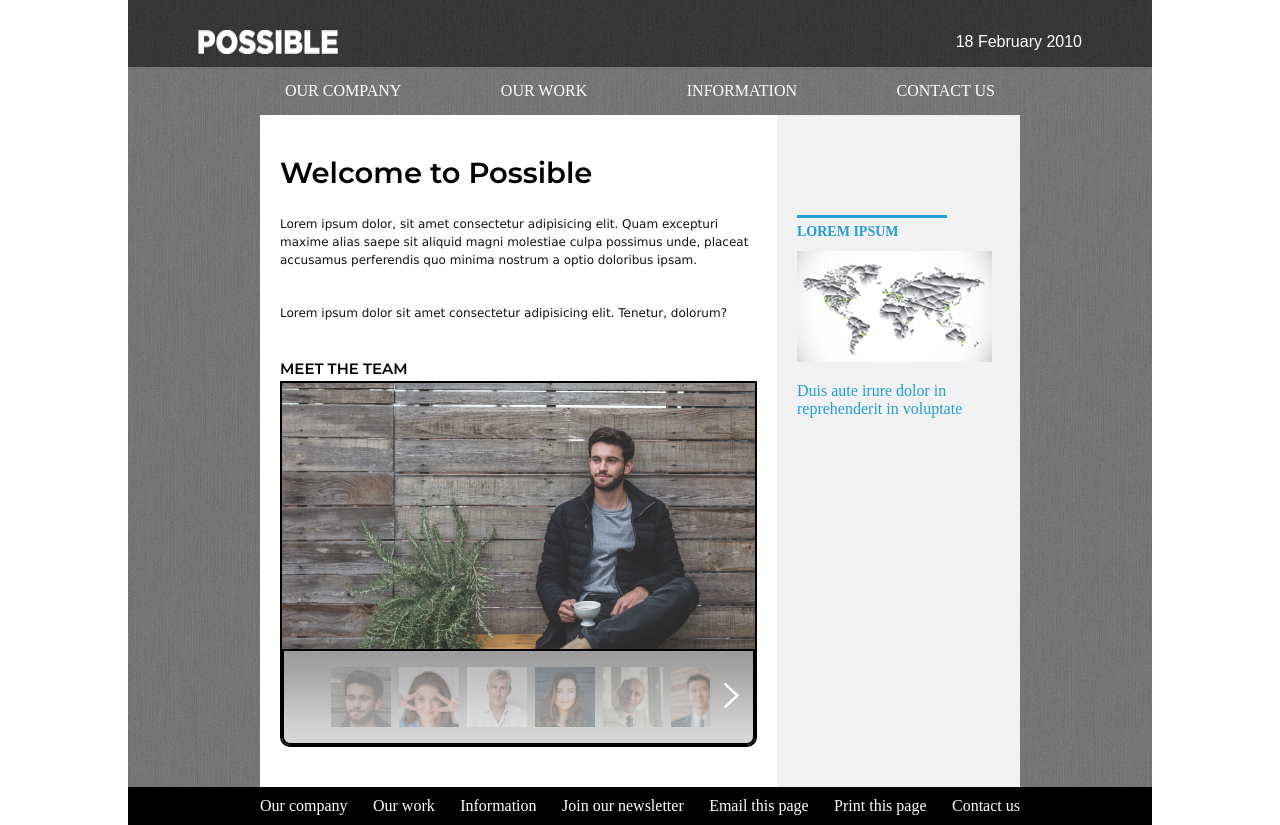
Repository: grzegorzgebala/possible-site
Page: index.html
An editor plug-in stored every save of this project. The page is shown before and after the next save, followed by the edit.
The browser window is 1280 px wide. The pictures show the whole page.
The style sheet was rebuilt from its Sass, Less or Tailwind sources for each picture, by a compiler version that may differ from the author's.

Above is the page before, as saved 2020-02-18 19:49:07.

### index.html
<!DOCTYPE html>
<html>
	<head>
        <meta charset="utf-8">
        <link href="https://fonts.googleapis.com/css?family=Montserrat:600&display=swap" rel="stylesheet">
		<link rel="stylesheet" type="text/css" href="css/style.css">
		<title>Possible page</title>
	</head>
	<body>
        <div class="container">
            <header>
                <img src="images/logo.png" alt="possible logo">
                <div class="date">18 February 2010</div>
            </header>
            <nav class="menu">
                <ul>
                    <li>our company</li>
                    <li>our work</li>
                    <li>information</li>
                    <li>contact us</li>
                </ul>
            </nav>
            <div class="mainSite">
                <div class="leftSide">
                    <div class="welcome">Welcome to Possible</div>
                    <article>Lorem ipsum dolor, sit amet consectetur adipisicing elit. Quam excepturi maxime alias saepe sit aliquid magni molestiae culpa possimus unde, placeat accusamus perferendis quo minima nostrum a optio doloribus ipsam.</article>
                    <article>Lorem ipsum dolor sit amet consectetur adipisicing elit. Tenetur, dolorum?</article>
                    <div class="meetTitle">Meet the team</div>
                    <div class="carousel">
                        <img class="big" src="/images/employees/picture1.png" alt="possible logo">
                        <div class="descriptor">
                            <div id="name" class="personalData topData">Justin Cooke</div>
                            <div id="position" class="personalData">CEO, POSSIBLE UK, LONDON</div>
                        </div>
                        <div class="miniatures">
                            <button class="leftArrow arrow isHidden">
                                <img src="/images/icons/leftArrow.png" alt="leftArrow">
                            </button>
                            <div class="miniaturesContainer">
                                <ul class="carouselTrack">
                                    <li class="carouselSlide currentSlide">
                                        <div class="pictureContainer">
                                            <img class="carouselImage" src="/images/employees/min1.png" alt="person1">
                                        </div>
                                    </li>
                                    <li class="carouselSlide">
                                        <div class="pictureContainer">
                                            <img class="carouselImage" src="/images/employees/min2.png" alt="person2">
                                        </div>
                                    </li>
                                    <li class="carouselSlide">
                                        <div class="pictureContainer">
                                            <img class="carouselImage" src="/images/employees/min3.png" alt="person3">
                                        </div>
                                    </li>
                                    <li class="carouselSlide">
                                        <div class="pictureContainer">
                                            <img class="carouselImage" src="/images/employees/min4.png" alt="person4">
                                        </div>
                                    </li>
                                    <li class="carouselSlide">
                                        <div class="pictureContainer">
                                            <img class="carouselImage" src="/images/employees/min5.png" alt="person5">
                                        </div>
                                    </li>
                                    <li class="carouselSlide">
                                        <div class="pictureContainer">
                                            <img class="carouselImage" src="/images/employees/min6.png" alt="person6">
                                        </div>
                                    </li>
                                    <li class="carouselSlide">
                                        <div class="pictureContainer">
                                            <img class="carouselImage" src="/images/employees/min7.png" alt="person7">
                                        </div>
                                    </li>
                                    <li class="carouselSlide">
                                        <div class="pictureContainer">
                                            <img class="carouselImage" src="/images/employees/min8.png" alt="person8">
                                        </div>
                                    </li>
                                    <li class="carouselSlide">
                                        <div class="pictureContainer">
                                            <img class="carouselImage" src="/images/employees/min9.png" alt="person9">
                                        </div>
                                    </li>
                                    <li class="carouselSlide">
                                        <div class="pictureContainer">
                                            <img class="carouselImage" src="/images/employees/min10.png" alt="person10">
                                        </div>
                                    </li>
                                </ul>
                            </div>
                            <button class="rightArrow arrow">
                                <img src="/images/icons/rightArrow.png" alt="rightArrow">
                            </button>
                        </div>
                    </div>
                </div>
                <div class="rightSide">
                    <div class="rightTitle">lorem ipsum</div>
                    <img src="/images/map.png" alt="map">
                    <p>Duis aute irure dolor  in reprehenderit in voluptate</p>
                </div>
            </div>
            <footer>
                <ul>
                    <li>our company</li>
                    <li>our work</li>
                    <li>information</li>
                    <li>join our newsletter</li>
                    <li>email this page</li>
                    <li>print this page</li>
                    <li>contact us</li>
                </ul>
            </footer>
        </div>
    </body>
    <script type="text/javascript" src="/js/script.js"></script>
</html>

### js/script.js
const track = document.querySelector(".carouselTrack");
const slides = Array.from(track.children);
const nextButton = document.querySelector('.rightArrow');
const prevButton = document.querySelector('.leftArrow');
const imagesNav = document.getElementsByClassName('pictureContainer');
const imagesItem = Array.from(imagesNav);

const slideWidth = slides[0].getBoundingClientRect().width;

const setSlidePosition = (slide, index) => {
    slide.style.left = slideWidth * index + 'px';
};

slides.forEach(setSlidePosition);

const moveToSlide = (track, currentSlide, targetSlide) => {
    track.style.transform = 'translateX(-' + targetSlide.style.left  + 2 + ')';
    currentSlide.classList.remove('currentSlide');
    targetSlide.classList.add('currentSlide');
}

const hideShowArrows = (slides, prevButton, nextButton, targetIndex) => {
    if (targetIndex === 0) {
        prevButton.classList.add("isHidden");
        nextButton.classList.remove("isHidden");
    } else if (targetIndex === slides.length - 1) {
        prevButton.classList.remove("isHidden");
        nextButton.classList.add("isHidden");
    } else {
        prevButton.classList.remove("isHidden");
        nextButton.classList.remove("isHidden");
    }
}

nextButton.addEventListener('click', e => {
    const currentSlide = track.querySelector(".currentSlide");
    const prevSlide = currentSlide.previousElementSibling;
    const prevIndex = slides.findIndex(slide => slide === prevSlide);

    moveToSlide(track, currentSlide, prevSlide);
    hideShowArrows(slides, prevButton, nextButton, prevIndex);
});

prevButton.addEventListener('click', e => {
    const currentSlide = track.querySelector(".currentSlide");
    const nextSlide = currentSlide.nextElementSibling;
    const nextIndex = slides.findIndex(slide => slide === nextSlide);

    moveToSlide(track, currentSlide, nextSlide);
    hideShowArrows(slides, prevButton, nextButton, nextIndex);
});

track.addEventListener('click', e => {
    const targetImage = e.target.closest('div')
    if (!targetImage) return;
    // const currentSlide = track.querySelector('.currentSlide');
    const big = document.querySelector('.big');
    const targetIndex = imagesItem.findIndex(image => image === targetImage);
    const targetSlide = slides[targetIndex];
    // const targetSlideActive = targetSlide.children[0];

    imagesItem.forEach((element, index) => {
        if (index === targetIndex) {
            element.classList.add('activeImg');
            element.classList.remove('pictureContainer');
            big.setAttribute('src', `/images/employees/picture${index+1}.png`);
        } else {
            element.classList.remove('activeImg');
            element.classList.add('pictureContainer');
        }
    });
    hideShowArrows(slides, prevButton, nextButton, targetIndex);

})

// when I click left, move slides to the left
// when I click right move slide to the right

### sass/style.scss
// variables
$menuElementsColor: #ffffff;
$contentElementsColor: #000000;
$footerBackgroundColor: #000000;
$menuHooverColor: #000000;
$activeMenuColor: #1d9ed9;
$sideMenuColor: #1d9ed9;
$fontMenu: "Proxima Nova";
$leftSideBackgroundColor: #ffffff;
$rightSideBackgroundColor: #f2f2f2;
$contentHeaderFont: "Montserrat", sans-serif;;
$contentDescriptionFont: "Verdana";
$contentColor: #121212;

// page style
body {
    width: 100%;
    margin: 0 auto;
}
.container {
    max-width: 1024px;
    margin: 0 auto;
    background-image: url("/images/mainBackground.png");
}

// header style
header {
    background-image: url("/images/backgroundHeader.png");
    display: flex;
    justify-content: space-between;
    padding: 30px 70px 13px 70px;

    .date {
        color: $menuElementsColor;
        // font-size: 12px;
        line-height: 24px;
        font-family: "Arial";
        // font-weight: bold;
    }
}

// menu
.menu ul {
    max-width: 760px;
    margin: 5px auto;
    display: flex;
    justify-content: space-between;
    list-style-type: none;
    color: $menuElementsColor;
    text-transform: uppercase;
    padding: 0;

    :hover {
        background-color: $menuHooverColor;
        color: $activeMenuColor;
        cursor: pointer;
        transition: visibility 2s, opacity 0.5s linear;
    }

    li {
        padding: 10px 25px;
    }
}

// main content
.mainSite {
    max-width: 760px;
    margin: 0 auto;
    display: flex;
    justify-content: center;
    flex-direction: row;

    .leftSide {
        width: 100%;
        max-width: 520px;
        background-color: $leftSideBackgroundColor;
        padding: 40px 20px;

        .welcome {
            font-family: $contentHeaderFont;
            margin: 0;
            font-size: 29px;
            font-weight: bold;
        }

        article {
            font-family: $contentDescriptionFont;
            font-size: 12px;
            line-height: 18px;
            color: $contentColor;
            margin-top: 25px;
            margin-bottom: 35px;
        }

        .meetTitle {
            font-size: 15px;
            line-height: 24px;
            text-transform: uppercase;
            color: $contentElementsColor;
            font-family: $contentHeaderFont;
        }

        .descriptor {
            background-color: rgb(0, 0, 0);
            // padding-left: 5px;
            position: absolute;
            width: 473px;
            padding: 0;
            margin-top: 230px;
            height: 40px;
            // display: none;
            visibility: hidden;
            opacity: .8;

            .personalData {
                position: relative;
                color: white;
                padding-left: 18px;
                font-size: 12px;
            }

            .topData {
                margin-top: 5px;
            }
        }

        .carousel {
            display: flex;
            max-width: 473px;
            flex-direction: column;
            border: 2px solid black;
            border-bottom-left-radius: 10px;
            border-bottom-right-radius: 10px;

            .big:hover + .descriptor {
                // display: block;
                visibility: visible;
                transition: visibility 0s linear 0.33s, opacity 0.33s linear;

            }
            .miniatures {
                // overflow: hidden;
                background-image: url("/images/carouseleBackground.png");
                display: flex;
                // justify-content: space-between;
                // align-items: center;
                // padding: 20px 15px;
                border: 2px solid black;
                border-bottom-left-radius: 8px;
                border-bottom-right-radius: 8px;

                .miniaturesContainer {
                    max-width: 500px;
                    overflow: hidden;
                    display: flex;
                    justify-content: space-between;
                }
                .carouselTrack {
                    display: flex;
                    justify-content: space-between;
                    // align-items: center;
                    list-style-type: none;
                    // width: 100%;
                    padding: 0;

                    .carouselSlide {
                        margin: 0 4px;
                        // margin-right: 10px;
                        height: 60px;
                        // width: 60px;
                        .carouselImage {

                            // width: 100%;
                            object-fit: cover;
                        }
                    }
                }

                .pictureContainer {
                    // width: 60px;
                    // height: 60px;
                    // position: absolute;
                    height: 100%;
                    z-index: 1;
                    background: black;
                    opacity: .3;
                }

                .activeImg {
                    // position: absolute;
                    z-index: 1;
                    // width: 54px;
                    // height: 54px;
                    // border: 3px solid $sideMenuColor;
                }

                .arrow {
                    margin: 0 14px;
                    z-index: 1;
                }

                button {
                    background: none;
                    color: inherit;
                    border: none;
                    padding: 0;
                    font: inherit;
                    cursor: pointer;
                    outline: inherit;
                }

                .isHidden {
                    visibility: hidden;
                }
            }
        }
    }


    .rightSide {
        background-color: $rightSideBackgroundColor;
        width: 100%;
        padding-left: 20px;
        padding-top: 100px;

        .rightTitle {
            text-transform: uppercase;
            color: $sideMenuColor;
            font-weight: bold;
            font-size: 14px;
            line-height: 18px;
            border-top: 3px solid $sideMenuColor;
            width: 150px;
            margin-bottom: 10px;
            padding-top: 5px;
        }

        p {
            color: $sideMenuColor;
        }
    }

}

// footer
footer {
    background: $footerBackgroundColor;
}

footer ul {
    display: flex;
    justify-content: space-between;
    max-width: 760px;
    margin: 0 auto;
    list-style-type: none;
    color: $menuElementsColor;
    background: $footerBackgroundColor;
    padding: 10px;

    :hover {
        color: $activeMenuColor;
        cursor: pointer;
    }

    li::first-letter {
        text-transform: uppercase;
    }
}

After the next save:
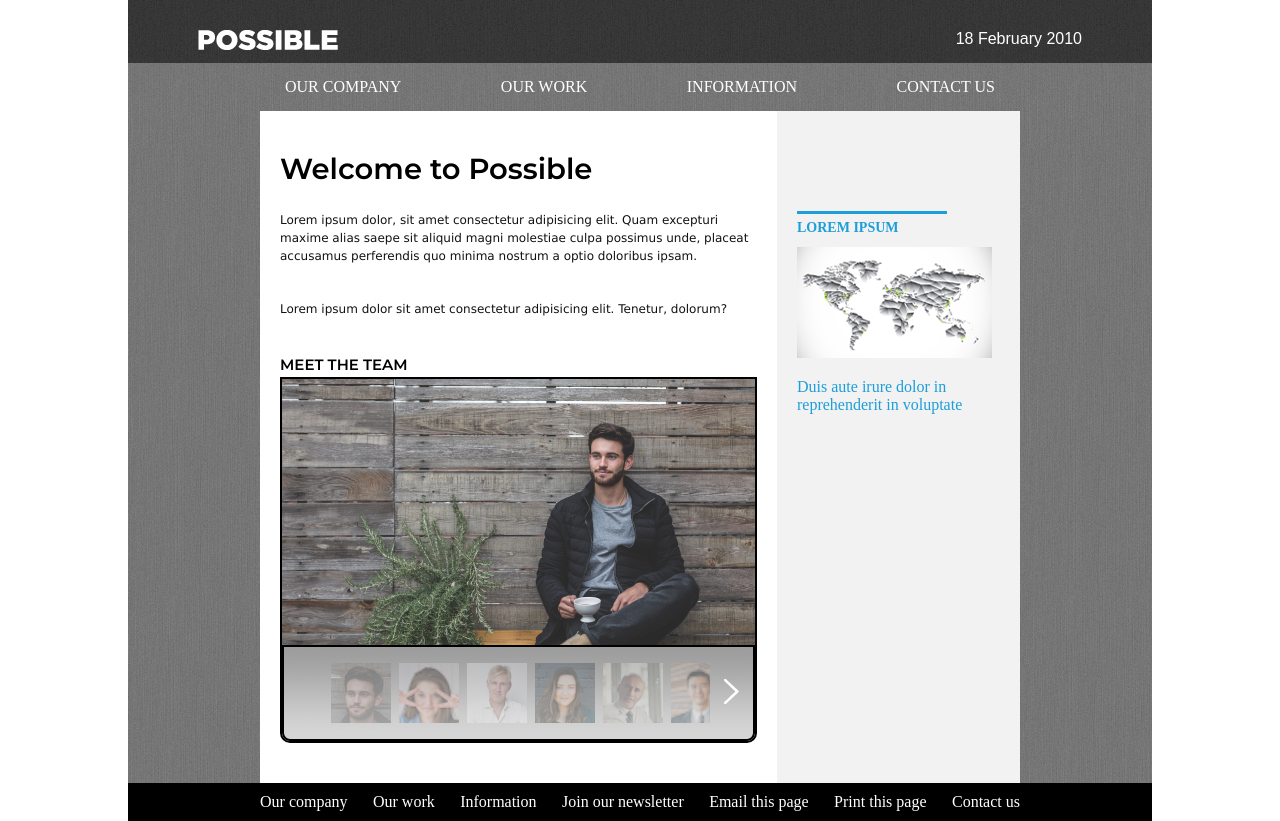
Saved 71 s later.
--- a/sass/style.scss
+++ b/sass/style.scss
@@ -32,10 +32,7 @@ header {
 
     .date {
         color: $menuElementsColor;
-        // font-size: 12px;
-        line-height: 24px;
         font-family: "Arial";
-        // font-weight: bold;
     }
 }
 
